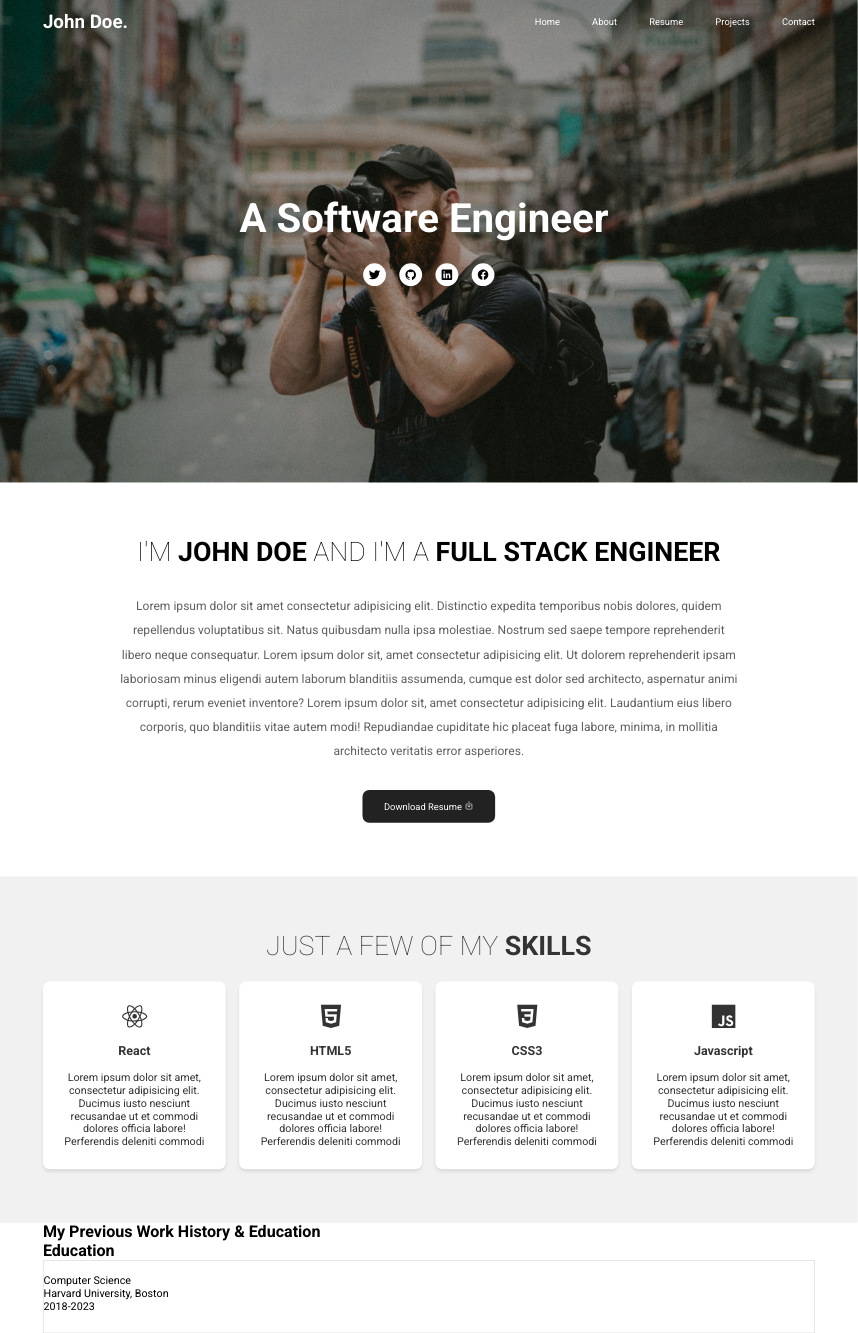
Repository: DevAntonioRogers/portfolio-tutorial
Page: index.html
The author's editor kept a copy of each file at every save. The page is drawn from the files as they stood at one save, then again after the next save.
The browser window is 1280 px wide. The pictures show the whole page, at 67% of full size.
Backgrounds fixed to the window are drawn as part of the page.

Above is the page before, as saved 2023-11-01 07:18:08.

After the next save:
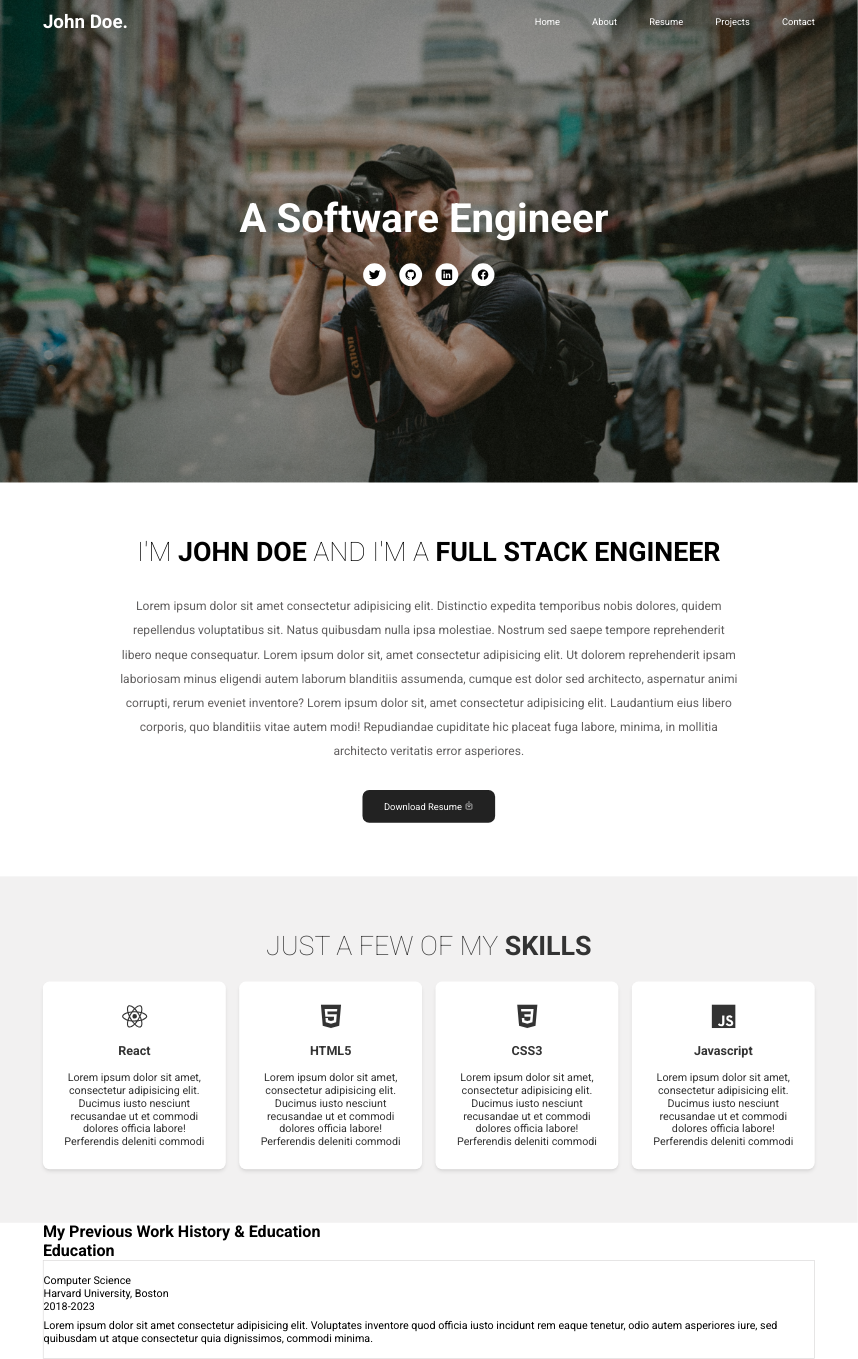
Saved 5 s later.
--- a/index.html
+++ b/index.html
@@ -200,7 +200,14 @@
                   </div>
                   <span>2018-2023</span>
                 </div>
-                <p class="card-info"></p>
+                <p class="card-info">
+                  Lorem ipsum dolor sit amet consectetur
+                  adipisicing elit. Voluptates inventore
+                  quod officia iusto incidunt rem eaque
+                  tenetur, odio autem asperiores iure, sed
+                  quibusdam ut atque consectetur quia
+                  dignissimos, commodi minima.
+                </p>
               </article>
             </div>
           </div>
